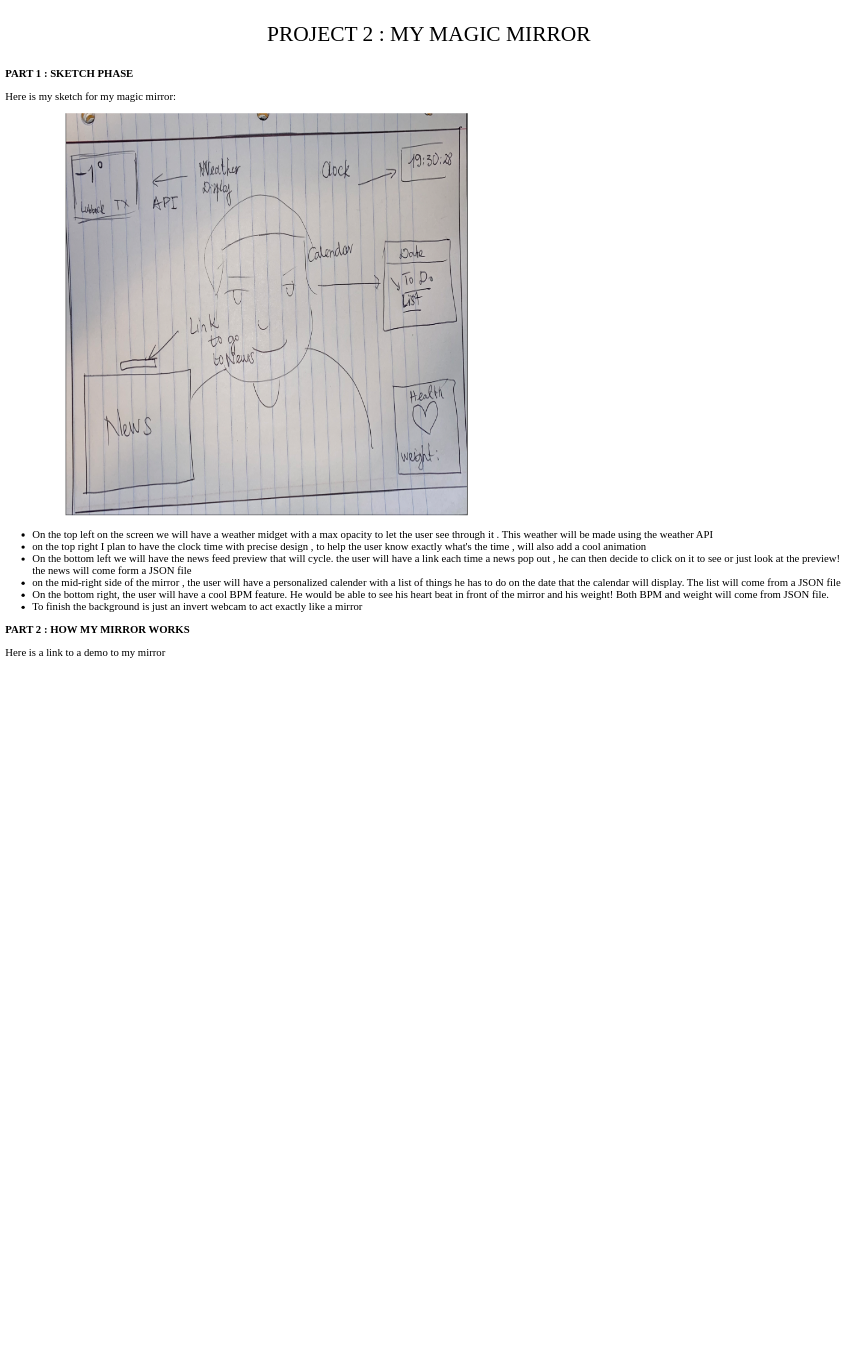
Repository: Chrisrk99/Chrisrk99.github-io
Page: index.html
An editor plug-in stored every save of this project. The page is shown before and after the next save, followed by the edit.
The browser window is 1280 px wide. The pictures show the whole page, at 67% of full size.

Above is the page before, as saved 2022-11-15 21:05:40.

### index.html
<!DOCTYPE html>
<html>

<head>
  <title>  Personnal Magic Mirror</title>
</head>
<body style= "height:2000px;">


  <p class="title" style="text-align: center; font-size:xx-large; "> PROJECT 2 : MY MAGIC MIRROR </p>
  <p> <b>PART 1 : SKETCH PHASE </b>  </p>


  <p>Here is my sketch for my magic mirror:</p>

  <img  style="height: 600px; width:600px; margin-left:90px" src="SKETCH.png" >

  <ul>

   <li>On the top left on the screen we will have a weather midget with a max opacity to let the user see through it . This weather will be made using the weather API</li>
   <li>on the top right I plan to have the clock time with precise design , to help the user know exactly what's the time , will also add a cool animation</li>
   <li>On the bottom left we will have the news feed  preview that will cycle. the user will have a link each time a news pop out , he can then decide to click on it to see or just look at the preview! the news will come form a JSON file</li>
   <li>on the mid-right side of the mirror , the user will have a personalized calender with a list of things he has to do on the date that the calendar will display. The list will come from a JSON file</li>
   <li>On the bottom right, the user will have a cool BPM feature. He would be able to see his heart beat in front of the mirror and his weight! Both BPM and weight will come from JSON file. </li>
   <li>To finish the background is just an invert webcam to act exactly like a mirror</li>

  </ul>

<p><b> PART 2 : HOW MY MIRROR WORKS </b></p>


<P>Here is a link to a demo to my mirror</P>



</body>
</html>

After the next save:
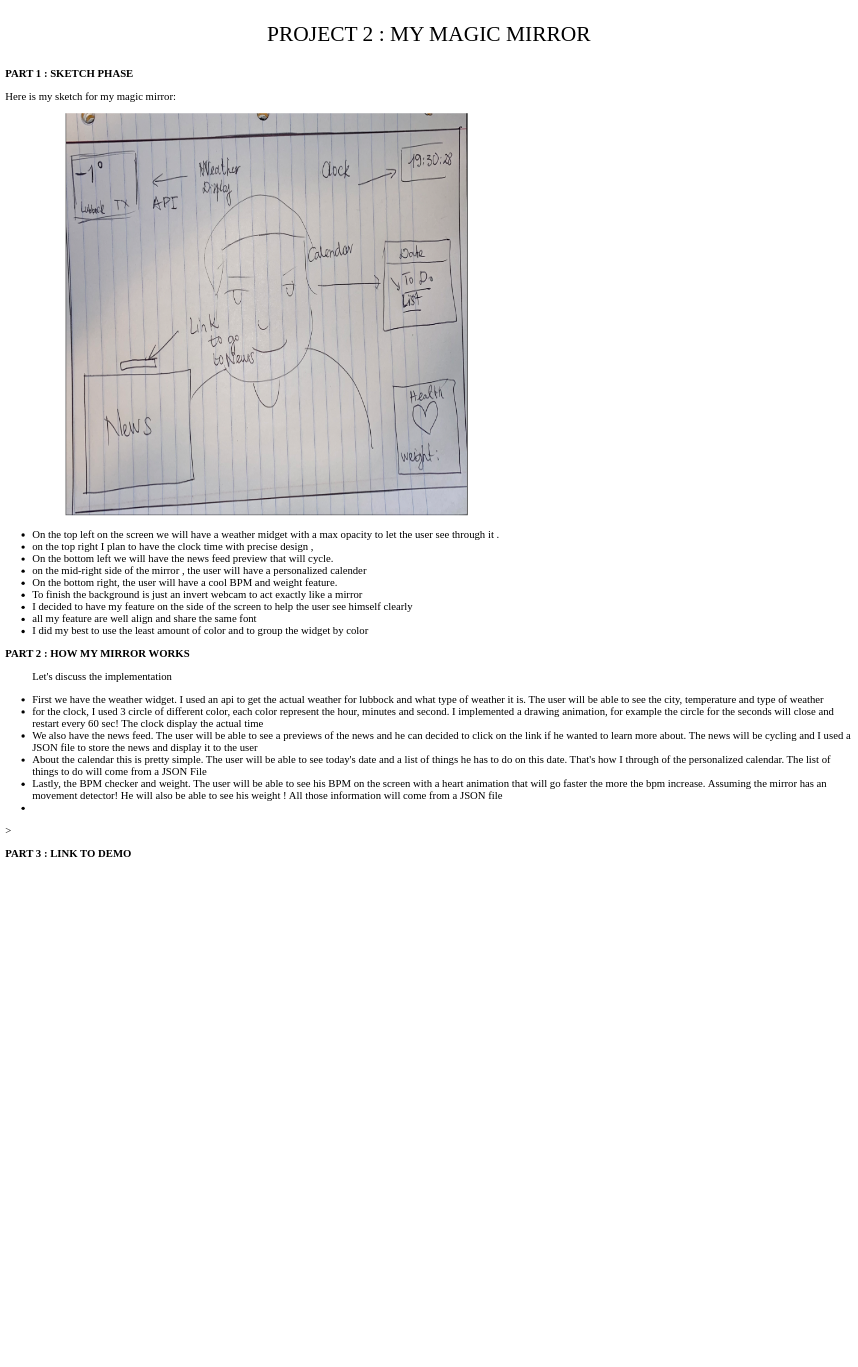
Saved 16 min 57 s later.
--- a/index.html
+++ b/index.html
@@ -17,19 +17,34 @@
 
   <ul>
 
-   <li>On the top left on the screen we will have a weather midget with a max opacity to let the user see through it . This weather will be made using the weather API</li>
-   <li>on the top right I plan to have the clock time with precise design , to help the user know exactly what's the time , will also add a cool animation</li>
-   <li>On the bottom left we will have the news feed  preview that will cycle. the user will have a link each time a news pop out , he can then decide to click on it to see or just look at the preview! the news will come form a JSON file</li>
-   <li>on the mid-right side of the mirror , the user will have a personalized calender with a list of things he has to do on the date that the calendar will display. The list will come from a JSON file</li>
-   <li>On the bottom right, the user will have a cool BPM feature. He would be able to see his heart beat in front of the mirror and his weight! Both BPM and weight will come from JSON file. </li>
+   <li>On the top left on the screen we will have a weather midget with a max opacity to let the user see through it . </li>
+   <li>on the top right I plan to have the clock time with precise design , </li>
+   <li>On the bottom left we will have the news feed preview that will cycle.</li>
+   <li>on the mid-right side of the mirror , the user will have a personalized calender </li>
+   <li>On the bottom right, the user will have a cool BPM and weight feature. </li>
    <li>To finish the background is just an invert webcam to act exactly like a mirror</li>
+   <li>I decided to have my feature on the side of the screen to help the user see himself clearly</li>
+   <li> all my feature are well align and share the same font</li>
+   <li>I did my best to use the least amount of color and to group the widget by color</li>
 
   </ul>
 
 <p><b> PART 2 : HOW MY MIRROR WORKS </b></p>
 
+<ul>
+   <p>Let's discuss the implementation</p>
+  <li> First we have the weather widget. I used an api to get the actual weather for lubbock and what type of weather it is. The user will be able to see the city, temperature and type of weather </li>
+  <li> for the clock, I used 3 circle of different color, each color represent the hour, minutes and second. I implemented a drawing animation, for example the circle for the seconds will close and restart every 60 sec! The clock display the actual time</li>
+  <li> We also have the news feed. The user will be able to see a previews of the news and he can decided to click on the link if he wanted to learn more about. The news will be cycling and I used a JSON file to store the news and display it to the user</li>
+  <li> About the calendar this is pretty simple. The user will be able to see today's date and a list of things he has to do on this date. That's how I through of the personalized calendar. The list of things to do will come from a JSON File</li>
+  <li> Lastly, the BPM checker and weight. The user will be able to see his BPM on the screen with a heart animation that will go faster the more the bpm increase. Assuming the mirror has an movement detector! He will also be able to see his weight ! All those information will come from a JSON file</li>
+  <li></li>
+ </ul>>
 
-<P>Here is a link to a demo to my mirror</P>
+
+ <p><b> PART 3 : LINK TO DEMO </b></p>
+
+
 
 
 
